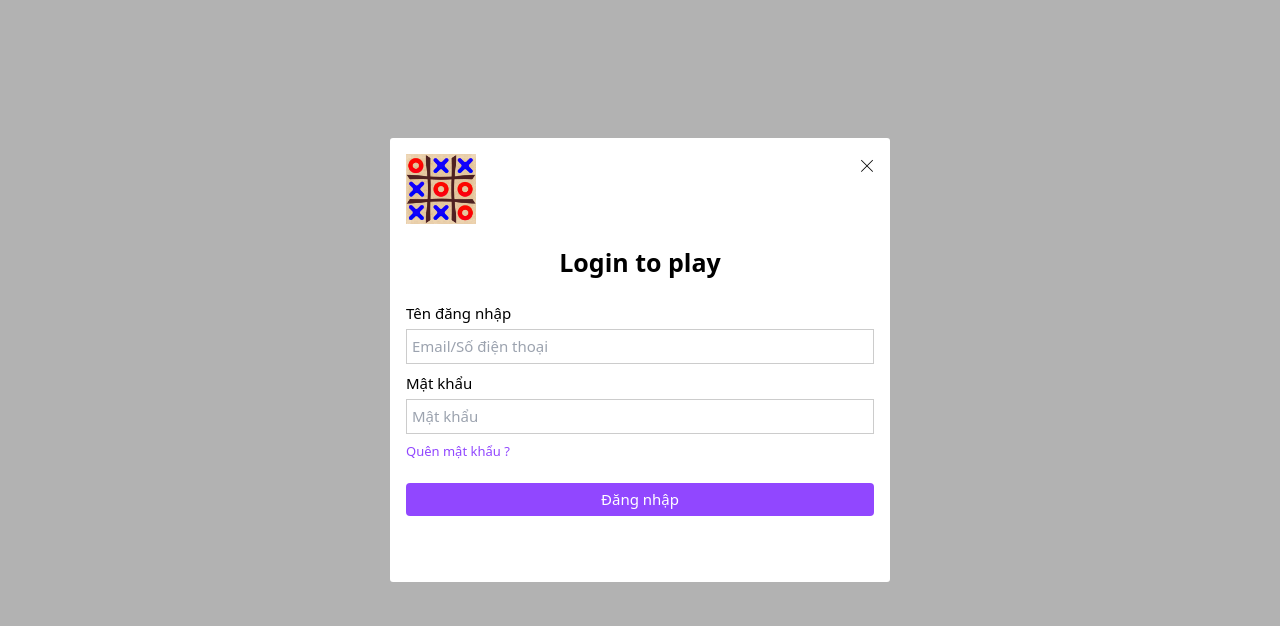
Repository: Teddy1705/demo_pj
Page: /
The author's editor kept a copy of each file at every save. The page is drawn from the files as they stood at one save, then again after the next save.
The browser window is 1280 px wide. The pictures show the whole page.
The project was rebuilt for these pictures with package versions that can differ from the ones it lists, and the page was loaded fresh each time. Also part of the build but not shown: vite.config.js.

Above is the page before, as saved 2024-04-16 11:09:44.

After the next save:
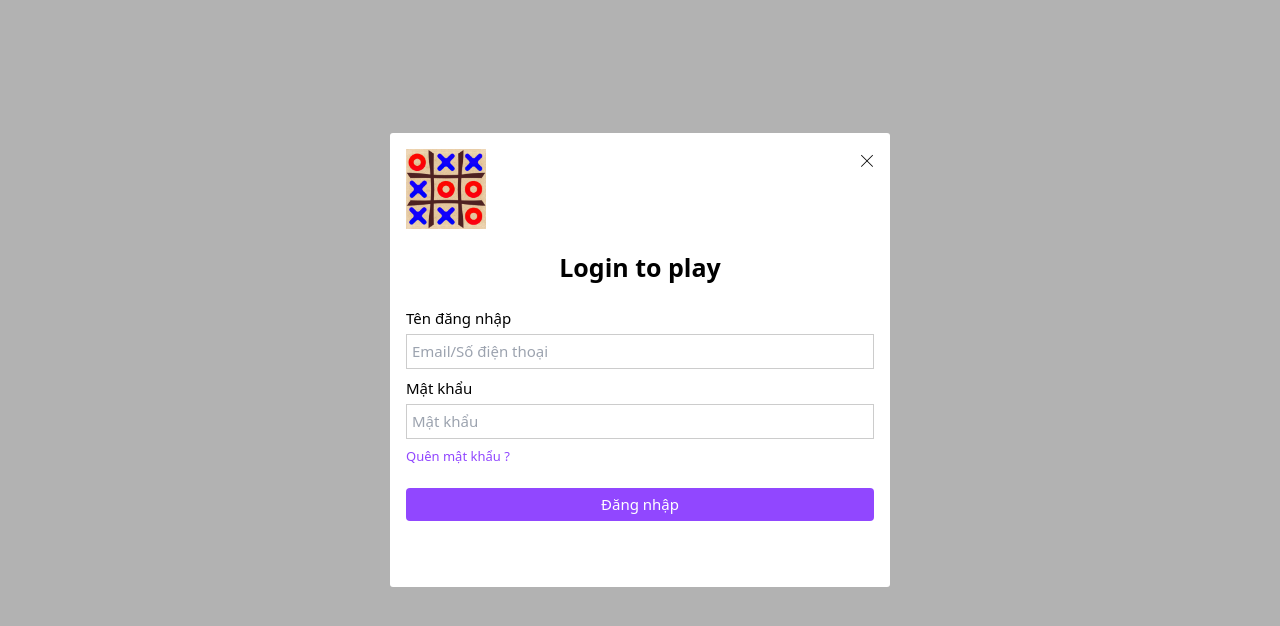
Saved 9 s later.
--- a/src/index.css
+++ b/src/index.css
@@ -592,7 +592,7 @@
   display: flex;
   text-align: center;
   justify-content: center;
-  width: 70px;
+  width: 80px;
 }
 
 .auth-form__heading {

After the save that followed:
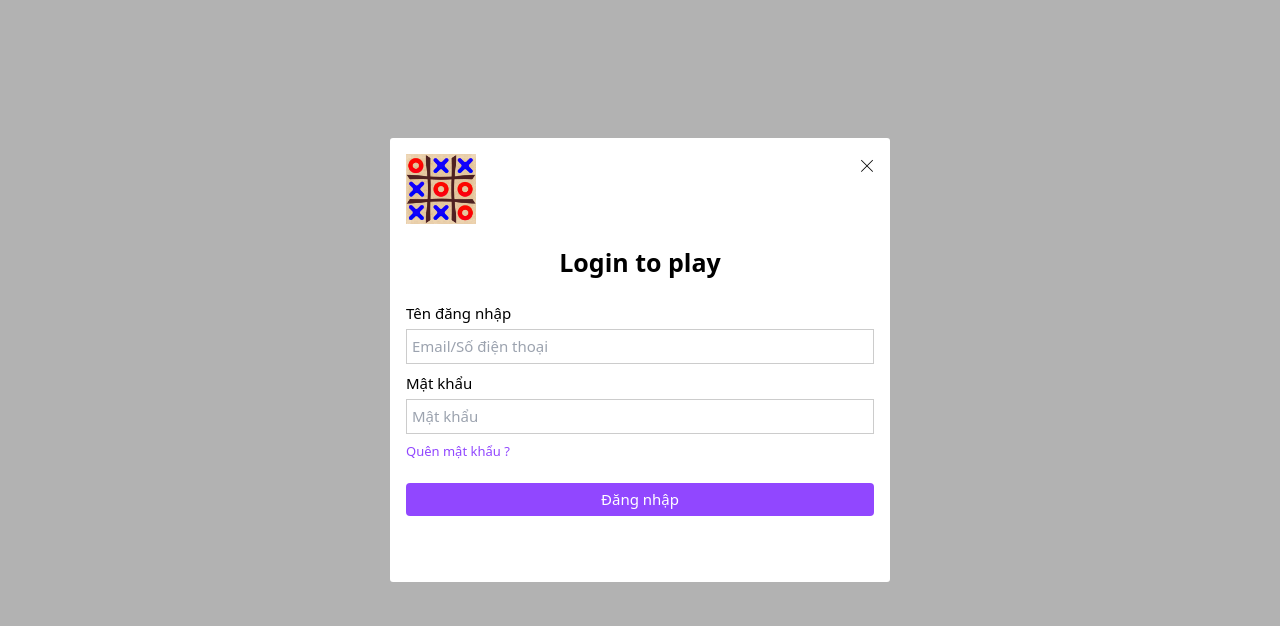
Saved 34 s later.
--- a/src/index.css
+++ b/src/index.css
@@ -588,11 +588,14 @@
   border-radius: 3px;
 }
 
-.auth-form__logo-game {
+.auth-form__header {
   display: flex;
   text-align: center;
   justify-content: center;
-  width: 80px;
+}
+
+.auth-form__logo-game {
+  width: 70px;
 }
 
 .auth-form__heading {
